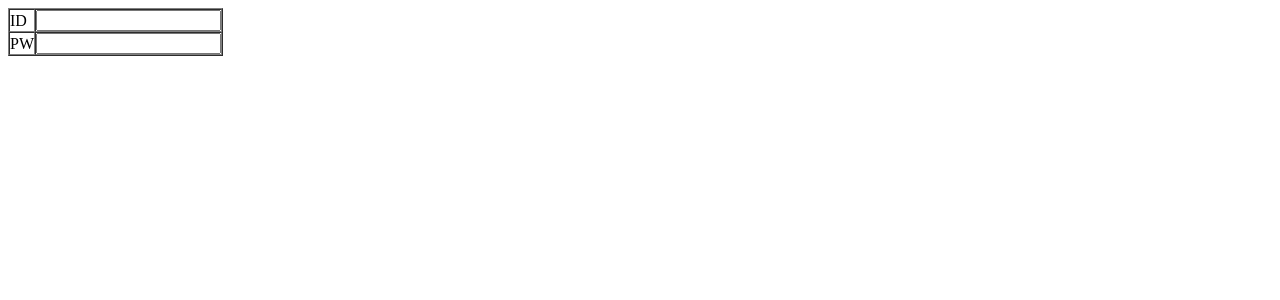
Repository: kms2413/project
Page: testing/WebContent/06_JSP/12_login.html
The author's editor kept a copy of each file at every save. The page is drawn from the files as they stood at one save, then again after the next save.
The browser window is 1280 px wide. The pictures show the whole page.

Above is the page before, as saved 2014-09-11 01:08:38.

After the next save:
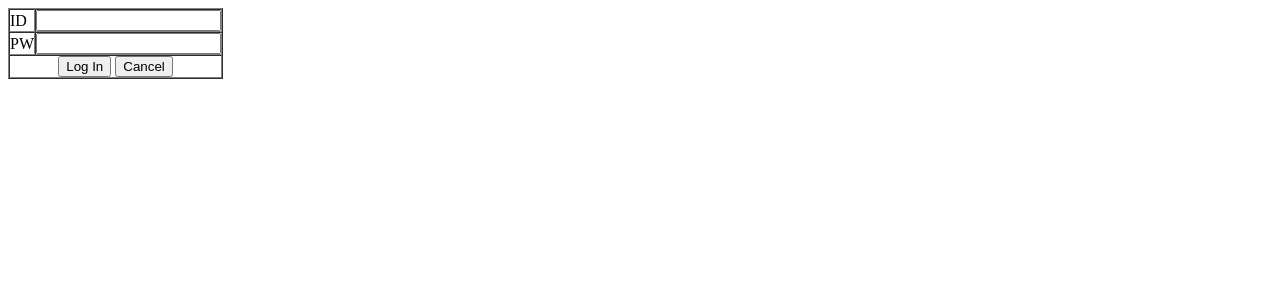
Saved 47 s later.
--- a/testing/WebContent/06_JSP/12_login.html
+++ b/testing/WebContent/06_JSP/12_login.html
@@ -16,6 +16,13 @@
 			<td>PW</td>
 			<td><input type = "text" name = "password" maxlength="15"/></td>
 		</tr>
+
+		<tr>
+			<td colspan ="2" align = "center">
+				<input type ="submit" value = "Log In"/>
+				<input type = "reset" value = "Cancel"/>
+			</td>
+
 		</table>
 	</form>
 </body>
